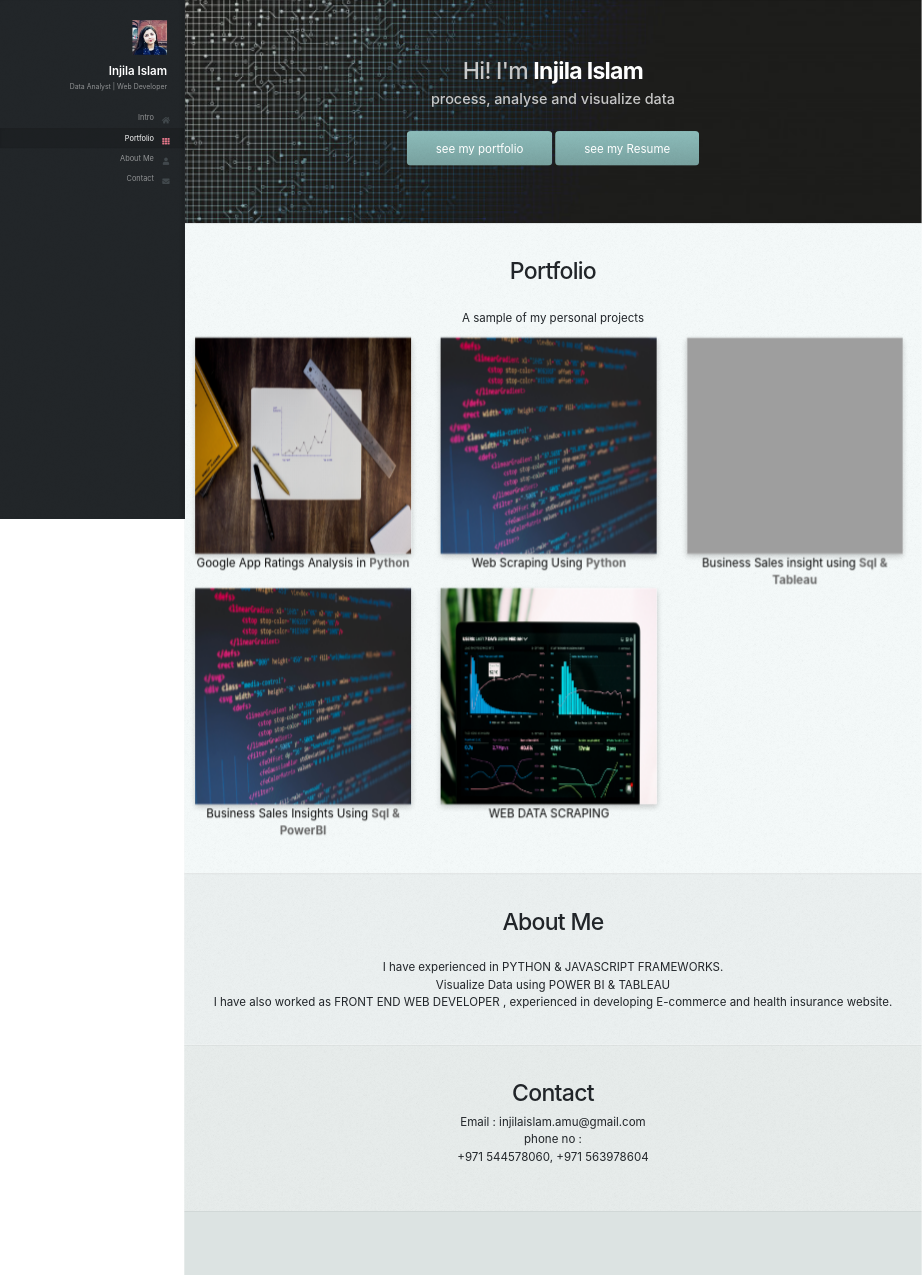
Repository: IslamInjila/new_portfolio
Page: index.html
The author's editor kept a copy of each file at every save. The page is drawn from the files as they stood at one save, then again after the next save.
The browser window is 1280 px wide. The pictures show the whole page, at 72% of full size.
Pictures or frames that could not be fetched are drawn as grey boxes. Some web libraries are served in a nearby version.

Above is the page before, as saved 2021-06-03 00:14:23.
Console error: TypeError: Cannot read properties of undefined (reading 'fn')

### index.html
<!DOCTYPE HTML>

<html>
	<head>
		<title>Prologue by HTML5 UP</title>
		<meta charset="utf-8" />
		<meta name="viewport" content="width=device-width, initial-scale=1, user-scalable=no" />
		<link rel="stylesheet" href="assets/css/main.css" />
	</head>
	<body class="is-preload">

		<!-- Header -->
			<div id="header">

				<div class="top">

					<!-- Logo -->
						<div id="logo">
							<span class="image avatar48"><img src="images/photome.jpg" alt="" /></span>
							<h1 id="title">Injila Islam</h1>
							<p>Data Analyst | Web Developer</p>
						</div>

					<!-- Nav -->
						<nav id="nav">
							<ul>
								<li><a href="#top" id="top-link"><span class="icon solid fa-home">Intro</span></a></li>
								<li><a href="#portfolio" id="portfolio-link"><span class="icon solid fa-th">Portfolio</span></a></li>
								<li><a href="#about" id="about-link"><span class="icon solid fa-user">About Me</span></a></li>


								<li><a href="#contact" id="contact-link"><span class="icon solid fa-envelope">Contact </span></a></li>

							</ul>

						</nav>

				</div>

				<div class="bottom">

					<!-- Social Icons -->
						<!-- <ul class="icons">
							<li><a href="#" class="icon brands fa-twitter"><span class="label">Twitter</span></a></li>
							<li><a href="#" class="icon brands fa-facebook-f"><span class="label">Facebook</span></a></li>
							<li><a href="#" class="icon brands fa-github"><span class="label">Github</span></a></li>
							<li><a href="#" class="icon brands fa-dribbble"><span class="label">Dribbble</span></a></li>
							<li><a href="#" class="icon solid fa-envelope"><span class="label">Email</span></a></li>
						</ul> -->

				</div>

			</div>

		<!-- Main -->
			<div id="main">

				<!-- Intro -->
					<section id="top" class="one dark cover">
						<div class="container">

							<header>
								<h2 class="alt">Hi! I'm <strong>Injila Islam</strong>
								<h5>process, analyse and visualize data
							</header>

							<footer>
								<a href="#portfolio" class="button scrolly">see my portfolio</a>
								<object data="YourFile.pdf"  type="application/x-pdf" title="SamplePdf"  >
								<a href="images/resume.pdf" target="_blank" class="button scrolly">see my Resume</a>
							</object>


							</footer>

						</div>
					</section>

				<!-- Portfolio -->
					<section id="portfolio" class="two">
						<div class="container">

							<header>
								<h2>Portfolio</h2>
							</header>

							<p>A sample of my personal projects</p>

							<div class="row">
								<div class="col-4 col-12-mobile">
									<!-- <article class="item ">
										<a href="#" class="image fit"><img src="images/data1.jpg" alt="" /></a>
										<header>
											Weather Data Analysis
											<h5><input type="button" class="nine" width="100" height="132" onclick='window.open("https://github.com/IslamInjila/python");return false;'
												target="_blank" value="view"
												/></h5>
										</header> -->







	                    	<!-- NEW DATA -->
										<div class="flip-card">
											<div class="flip-card-inner">
											  <div class="flip-card-front">

												<img src="images/dataset.jpg" alt="Avatar" style="width:300px;height:300px;">
												<div class="text-block" style="font-size: medium;">
													Google App Ratings Analysis in <b>Python</b>
													</div>

											   </div>
											  <div class="flip-card-back">
												  <br>
												<p>GOOGLE APP RATINGS ANALYSIS IN Python<p>
												<p> Google App's rating, reviews, price  have been analysed against their respective categories using PANDAS & MATPLOT. Dataset has been cleaned and downloaded from Kaggle.</p>
												<p><input type="button" class="nine" width="100" height="132" onclick='window.open("https://github.com/IslamInjila/GoogleAppRatingAnalysis");return false;'
													target="_blank" value="view"
													/></p>
											  </div>
											</div>
										  </div>


									<!-- </article> -->
									<br><br>
									<div class="flip-card">
										<div class="flip-card-inner">
										  <div class="flip-card-front">

											<img src="images/data1.jpg" alt="Avatar" style="width:300px;height:300px;">
											<div class="text-block" style="font-size: medium;">
												Business Sales Insights Using <b>Sql & PowerBI</b>
												</div>

										   </div>
										  <div class="flip-card-back">
											  <br>
											  <p>BUSINESS SALES INSIGHT USING SQL & POWER BI <p>
												<p>This project aims to get sales insight of a hardware business setup in India to find the major KPI.
													<br> Database has been cleaned and KPI are represented using POWER BI dashboard.
												</p>
											<p><input type="button" class="nine" width="100" height="132" onclick='window.open("images/bi.html");return false;'
												target="_blank" value="view"
												/></p>
										  </div>
										</div>
									  </div>

								</div>
								<div class="col-4 col-12-mobile">
									<div class="flip-card">
										<div class="flip-card-inner">
										  <div class="flip-card-front">

											<img src="images/data1.jpg" alt="Avatar" style="width:300px;height:300px;">
											<div class="text-block" style="font-size: medium;">
												Web Scraping Using <b>Python</b>
												</div>

										   </div>
										  <div class="flip-card-back">
											  <br>
											<p>WEB SCRAPING  IN PYTHON<p>
											<p>In this project Google App's rating, reviews, price and installs have been analysed against their respective categories. Dataset has been cleaned and downloaded from Kaggle.</p>
											<p><input type="button" class="nine" width="100" height="132" onclick='window.open("https://github.com/IslamInjila/GoogleAppRatingAnalysis");return false;'
												target="_blank" value="view"
												/></p>
										  </div>
										</div>
									  </div>
									  <br><br>
									<!-- <article class="item">
										<a href="#" class="image fit"><img src="images/d3.jpg" alt="" /></a>
										<header>
											<h5>Customer Analysis </h5>
											<input type="button" class="nine" width="100" height="132" onclick='window.open("images/ExcelData.htm");return false;'
												target="_blank" value="view"
												/>
										</header>
									</article> -->
									<div class="flip-card">
										<div class="flip-card-inner">
										  <div class="flip-card-front">

											<img src="images/d3.jpg" alt="Avatar" style="width:300px;height:300px;">
											<div class="text-block" style="font-size: medium;">
												WEB DATA SCRAPING
												</div>

										   </div>
										  <div class="flip-card-back">
											  <br>
											<p>WEB SCRAPING  IN PYTHON<p>
											<p>In this project Google App's rating, reviews, price and installs have been analysed against their respective categories. Dataset has been cleaned and downloaded from Kaggle.</p>
											<p><input type="button" class="nine" width="100" height="132" onclick='window.open("https://github.com/IslamInjila/GoogleAppRatingAnalysis");return false;'
												target="_blank" value="view"
												/></p>
										  </div>
										</div>
									  </div>
									  <br><br>

								</div>
								<div class="col-4 col-12-mobile">
									<div class="flip-card">
										<div class="flip-card-inner">
										  <div class="flip-card-front">

											<img src="images/black.jpg" alt="Avatar" style="width:300px;height:300px;">
											<div class="text-block" style="font-size: medium;">
												Business Sales insight using <b>Sql  & Tableau</b>
												</div>

										   </div>
										  <div class="flip-card-back">
											  <br>
											<p>BUSINESS SALES INSIGHT USING SQL & TABLEAU <p>
											<p>This project aims to get sales insight of a hardware business setup in India to find the major KPI.
												<br> Database is cleaned using SQL and KPI are represented using Tableau dashboard.
											</p>
											<p><input type="button" class="nine" width="100" height="132" onclick='window.open("images/salesInsight_bi.html");return false;'
												target="_blank" value="view"
												/></p>
										  </div>
										</div>
									  </div>
									<!-- <article class="item">
										<a href="#" class="image fit"><img src="images/pic07.jpg" alt="" /></a>
										<header>
											<h5>visuaise data66 </h5>
											<input type="button" class="nine" width="100" height="132" onclick='window.open("http://www.foracure.org.au");return false;'
												target="_blank" value="view"
												/>
										</header>
									</article> -->

								</div>
							</div>

						</div>
					</section>

				<!-- About Me -->
					<section id="about" class="three">
						<div class="container">

							<header>
								<h2>About Me</h2>
							</header>

							<!-- <a href="#" class="image featured"><img src="images/profilePic.jpg" alt="" /></a> -->

							<!-- <p>I am a Professional from Computer Science & Engineering background.<br> -->

                                I have experienced in PYTHON & JAVASCRIPT FRAMEWORKS.<br>

							    Visualize Data using POWER BI & TABLEAU <br>

								I have also worked as FRONT END WEB DEVELOPER , experienced in developing E-commerce and health insurance website.

						</div>
					</section>


				<!-- Contact -->
					<section id="contact" class="four">
						<div class="container">


								<h2>Contact</h2>

							<P> Email : injilaislam.amu@gmail.com
							<br>phone no : <br> +971 544578060, +971 563978604</p>





						</div>
					</section>

			</div>

		<!-- Footer -->
			<div id="footer">

				<!-- Copyright -->
					<!-- <ul class="copyright">
						<li>&copy; Untitled. All rights reserved.</li><li>Design: <a href="http://html5up.net">HTML5 UP</a></li>
					</ul> -->

			</div>

		<!-- Scripts -->


<!-- NEW DATA -->

		<link href="//maxcdn.bootstrapcdn.com/bootstrap/4.0.0/css/bootstrap.min.css" rel="stylesheet" id="bootstrap-css">
		<script src="//maxcdn.bootstrapcdn.com/bootstrap/4.0.0/js/bootstrap.min.js"></script>
		<script src="//cdnjs.cloudflare.com/ajax/libs/jquery/3.2.1/jquery.min.js"></script>
		<!------ Include the above in your HEAD tag ---------->

<script src="assets/js/jquery.scrolly.min.js"></script>
			<script src="assets/js/jquery.scrollex.min.js"></script>
			<script src="assets/js/browser.min.js"></script>
			<script src="assets/js/breakpoints.min.js"></script>
			<script src="assets/js/util.js"></script>
			<script src="assets/js/main.js"></script>

	</body>
</html>

Loaded but not shown: assets/css/fontawesome-all.min.css (library); assets/js/jquery.scrolly.min.js (common file); assets/js/jquery.scrollex.min.js (common file); assets/js/browser.min.js (common file); assets/js/breakpoints.min.js (common file); assets/js/util.js (587 lines, source omitted); assets/js/main.js (123 lines, source omitted); assets/css/main.css (2832 lines, source omitted)

After the next save:
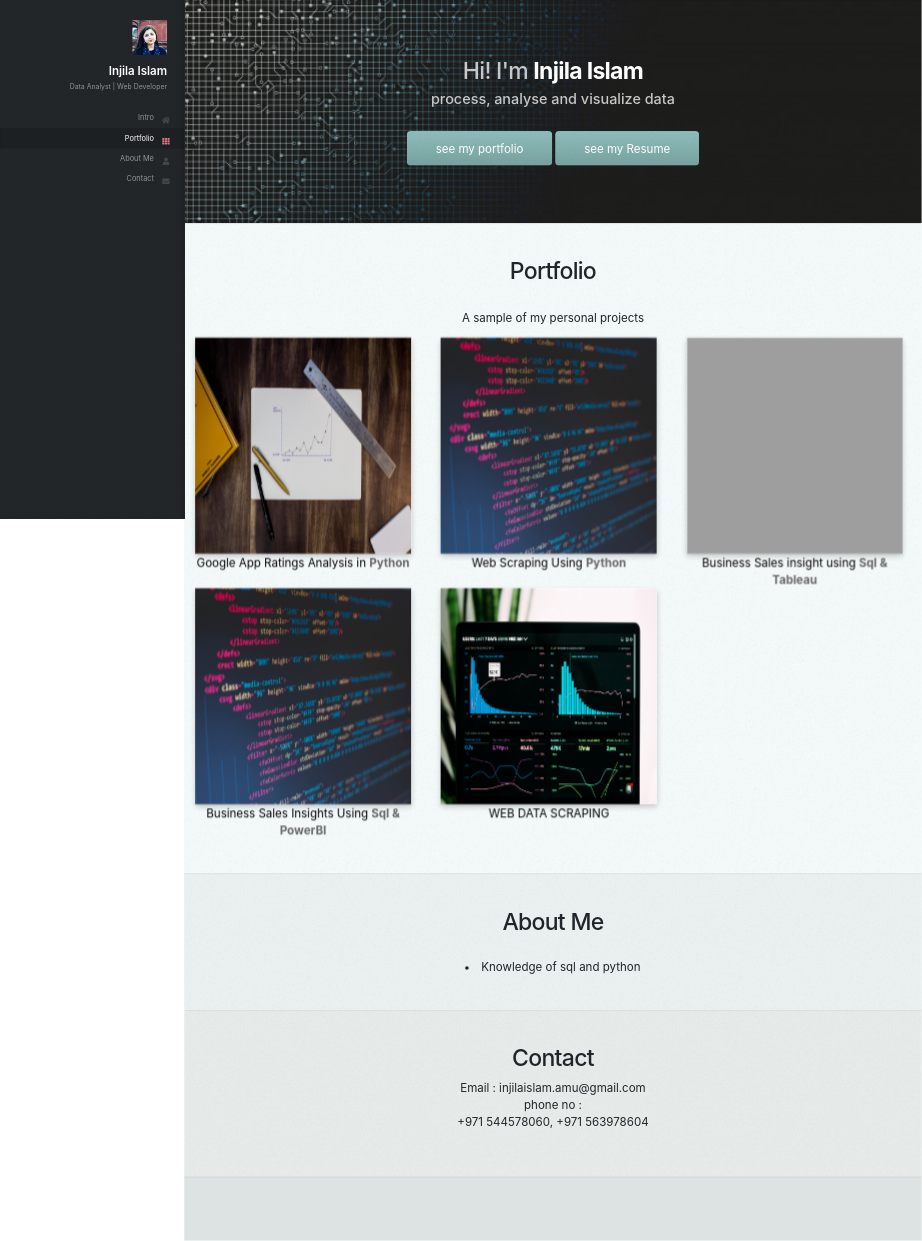
Saved 69 s later.
--- a/index.html
+++ b/index.html
@@ -257,11 +257,9 @@
 
 							<!-- <p>I am a Professional from Computer Science & Engineering background.<br> -->
 
-                                I have experienced in PYTHON & JAVASCRIPT FRAMEWORKS.<br>
-
-							    Visualize Data using POWER BI & TABLEAU <br>
-
-								I have also worked as FRONT END WEB DEVELOPER , experienced in developing E-commerce and health insurance website.
+                               <li>
+								   Knowledge of sql and python
+							   </li>
 
 						</div>
 					</section>
